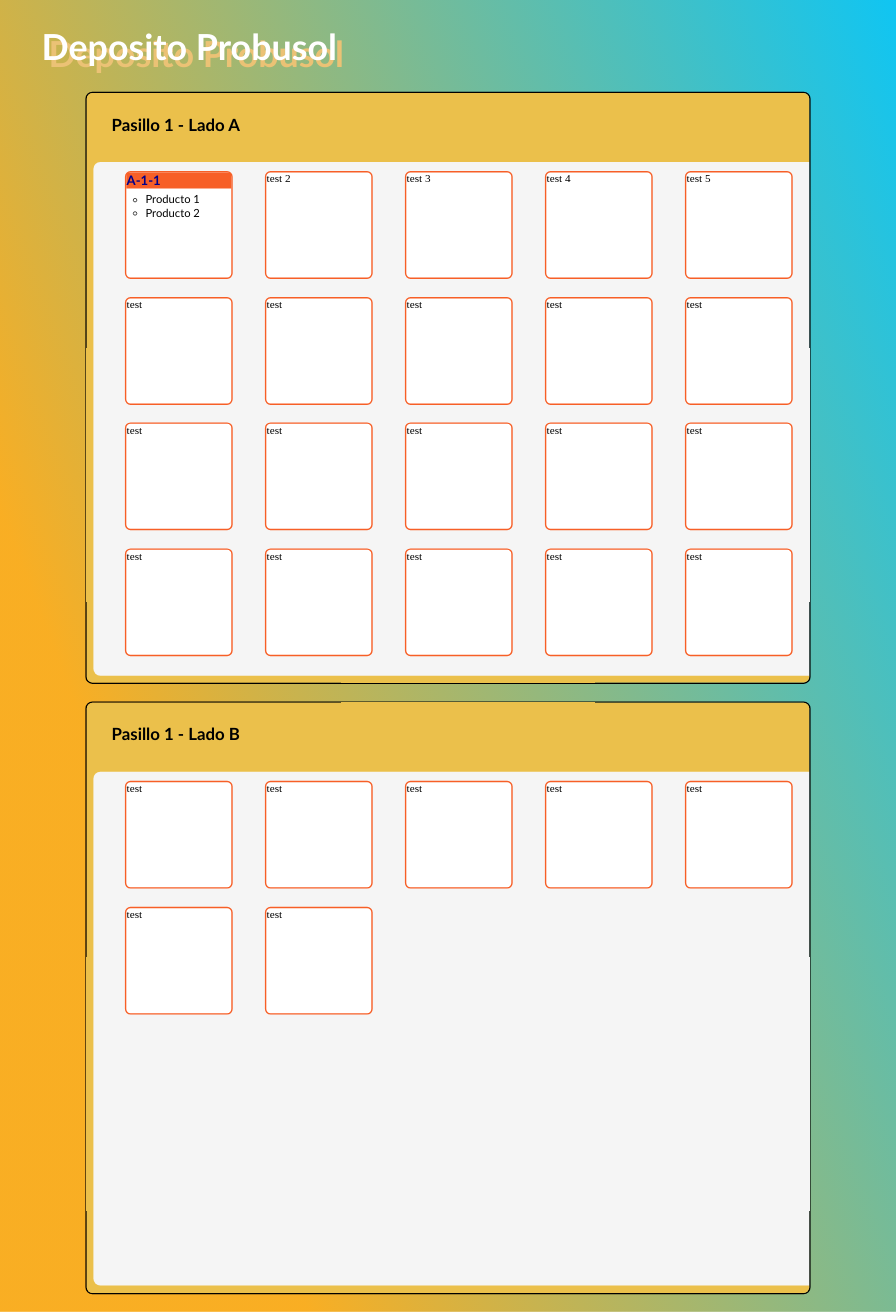
Repository: Franzcod/DepoStock_Web
Page: index.html
The author's editor kept a copy of each file at every save. The page is drawn from the files as they stood at one save, then again after the next save.
The browser window is 1280 px wide. The pictures show the whole page, at 70% of full size.

Above is the page before, as saved 2020-06-07 21:24:00.
Console error: ReferenceError: ur is not defined

After the next save:
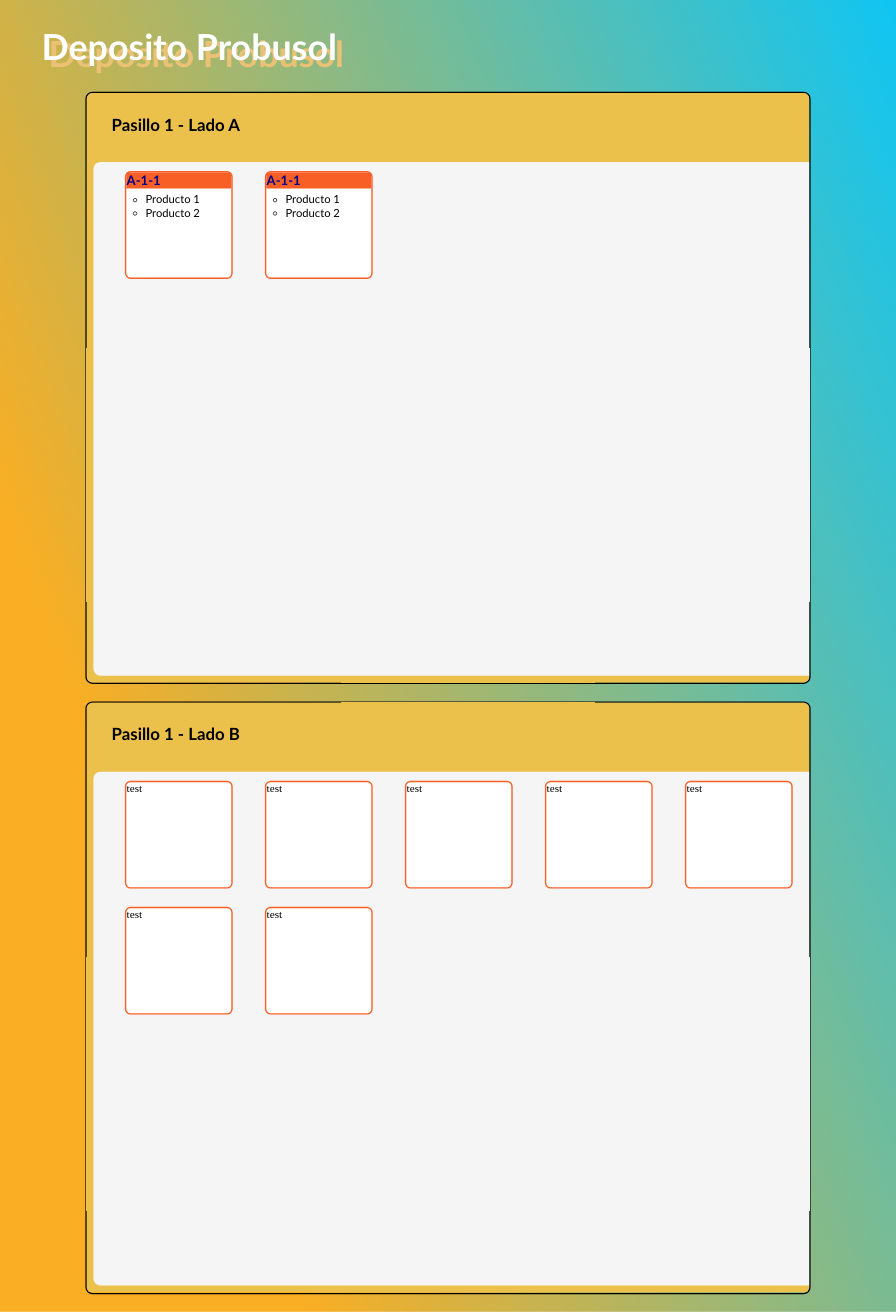
Saved 3 min 42 s later.
--- a/index.html
+++ b/index.html
@@ -28,45 +28,14 @@
                 </ul>
             </li>
 
-            <li class="item">test 2</li>
-            <li class="item">test 3</li>
-            <li class="item">test 4</li>
-            <li class="item">test 5</li>
-            <li class="item">test 6</li>
-            <li class="item">test 7</li>
-            <li class="item">test 8</li>
-            <li class="item">test 9</li>
-            <li class="item">test</li>
-            <li class="item">test</li>
-            <li class="item">test</li>
-            <li class="item">test</li>
-            <li class="item">test</li>
-            <li class="item">test</li>
-            <li class="item">test</li>
-            <li class="item">test</li>
-            <li class="item">test</li>
-            <li class="item">test</li>
-            <li class="item">test</li>
-            <li class="item">test</li>
-            <li class="item">test</li>
-            <li class="item">test</li>
-            <li class="item">test</li>
-            <li class="item">test</li>
-            <li class="item">test</li>
-            <li class="item">test</li>
-            <li class="item">test</li>
-            <li class="item">test</li>
-            <li class="item">test</li>
-            <li class="item">test</li>
-            <li class="item">test</li>
-            <li class="item">test</li>
-            <li class="item">test</li>
-            <li class="item">test</li>
-            <li class="item">test</li>
-            <li class="item">test</li>
-            <li class="item">test</li>
-            <li class="item">test</li>
-            <li class="item">test</li>
+            <li class="item">
+
+                <h3 class="pos">A-1-1</h3>
+                <ul class="listaProduc">
+                    <li class="producto"> Producto 1</li>
+                    <li class="producto"> Producto 2</li>
+                </ul>
+            </li>
 
 
 
